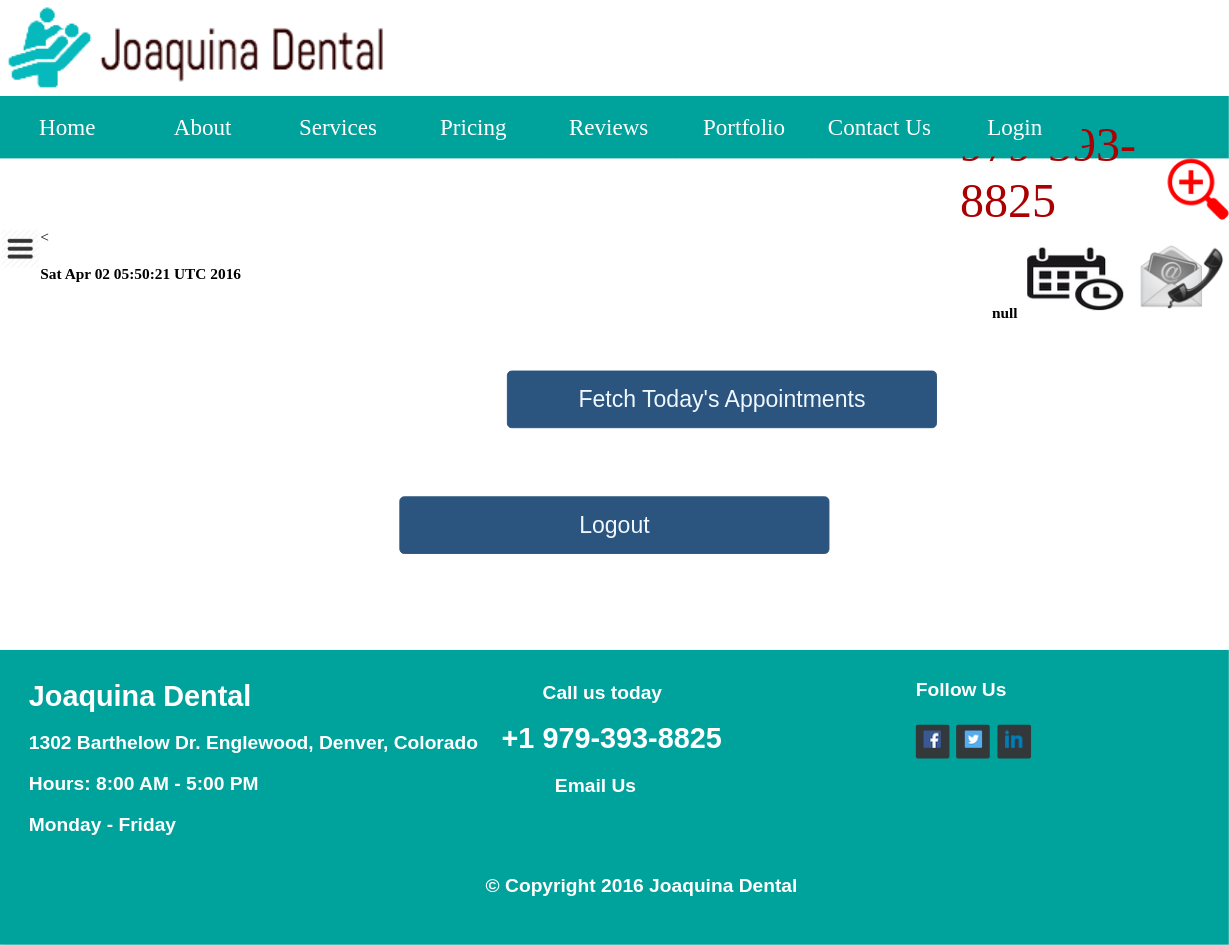
Repository: ManjushaBolishetty/test
Page: http://localhost/test/DentistHomePage.jsp
The author's editor kept a copy of each file at every save. The page is drawn from the files as they stood at one save, then again after the next save.
The browser window is 1280 px wide. The pictures show the whole page, at 96% of full size.
The page is served by Tomcat 9. Other server files are loaded and not shown.

Above is the page before, as saved 2016-04-03 07:06:51.

### test/WebContent/DentistHomePage.jsp
<%@include file="header.jsp" %>
<%@ page import="java.io.*,java.util.*" %>
<%@ page import="javax.servlet.*,java.text.*" %>

<!DOCTYPE html PUBLIC "-//W3C//DTD HTML 4.01 Transitional//EN" "http://www.w3.org/TR/html4/loose.dtd">
<html>
<head>
    <meta http-equiv="Content-Type" content="text/html; charset=ISO-8859-1">
	<meta name="viewport" content="width=device-width, initial-scale=1">
<link href="CSS/ResponsiveForm.css" rel="stylesheet" type="text/css" />
    <<title>My Appointments</title>
</head>
<body>
<%
   Date date = new Date();
   out.print( "<h4 align=\"left\">" +date.toString()+ "</h4>"+ "<h4 align=\"right\">" +session.getAttribute("Dentist_Name") + "</h4>");
%>
<div class="appointment" align=center>
  <form action="HelloWorldServlet" method="post">
      <input type="submit" value="Fetch Today's Appointments" />
  </form>
</div>

<div class="Logoutbutton" align=left>
  <form action="Login" method="post">
      <input type="submit" value="Logout" />
  </form>
</div>
  <footer class="footer-distributed">
			<div class="footer-left">

				<h3>Joaquina Dental</h3>
				<p>1302 Barthelow Dr.
				Englewood, Denver, Colorado</p>
				<p >Hours: 8:00 AM - 5:00 PM</p>
				<p >Monday - Friday</p>
			</div>

			<div class="footer-center">

				<p class="callusToday">Call us today  </p><br/>
				<br/>
				<h3>+1 979-393-8825</h3><br/>
				<p class="emailUs">Email Us</p>
			</div>

			<div class="footer-right">

				<p>Follow Us</p>

				<div class="footer-icons">

					<a href="#"><i class="fa fa-facebook"></i></a>
					<a href="#"><i class="fa fa-twitter"></i></a>
					<a href="#"><i class="fa fa-linkedin"></i></a>

				</div>

			</div>
<p class="copyright" >&copy; Copyright 2016 Joaquina Dental</p>
		</footer>
</body>
</html>

### test/WebContent/header.jsp
<%@ page language="java" contentType="text/html; charset=UTF-8"
    pageEncoding="UTF-8"%>
<!DOCTYPE html>
<html>
<head>
<meta http-equiv="Content-Type" content="text/html; charset=UTF-8">
<meta name="viewport" content="width=device-width, initial-scale=1">
<link href="CSS/testeverything.css" rel="stylesheet" type="text/css" />
<style>

#zoom img {
    width: 5%;
    position: absolute;
    right: 0;
}
</style>
<title>Insert title here</title>
</head>

<body>
<div id="header">
	<img class="logoimage" src="Images/Drawing (4).png" alt="Joaquina Dental"></img>
	<span class="phonenumber">979-393-8825</span>
	<a href="#" class="scheduleanchor"><img class="Contact" src="Images/Contact_Us.png"></img></a>
	<a href="#" class="scheduleanchor"><img class="Calendar" src="Images/calendar.png"></img></a>
</div>

<div id="navmenu">
	<img class="iconimage" src="Images/collpased_menu.png"></img><label for="show-menu" class="show-menu iconlabel">Menu</label>
	<input type="checkbox" id="show-menu" role="button">

	<ul id="menu">
		  <li><a href="#">Home</a></li>
		  <li><a href="#">About</a></li>
		  <li>
		    	<a href="#">Services</a>
			    <ul class="dropdownContent">
			      <li><a href="#">Extraction</a></li>
			      <li><a href="#">Transplant</a></li>
			      <li><a href="#">Root Canal</a></li>
			      <li><a href="#">Cleaning</a></li>
			    </ul>
	  	   </li>
	  	   <li><a href="#">Pricing</a></li>
	  	   <li><a href="#">Reviews</a></li>
	  	   <li><a href="#">Portfolio</a></li>
	  	   <li><a href="#">Contact Us</a></li>
	  	   <li><a href="#">Login</a></li>
	</ul>
</div>
<div id="zoom" style="width:100%;height:0px">
	<a href="#" class=""><img class="zoom" src="Images/zoom.png"></img></a>
</div>
</body>
</html>

### test/WebContent/CSS/testeverything.css
body{
  border: 0;
  padding: 0;
  margin: 0;
  height: 100%;

}

#header{
	width:100%;
	height:100px;
  background-color:white;
}

#header h3{
	display:inline;
	width:auto;
	height:auto;
}
#header img{
	width:auto;
	float:left;
	padding-left:0px;
	height:100%;
}


.Contact{

	max-width:100%;
	height:auto;
	margin-left:10px;
	margin-top:18px;
}


.Calendar{

	max-width:100%;
	height:auto;
	margin-left:10px;
	margin-top:20px;
}

#header a{
	float:right;
	/*margin-right: 40px;*/
}
.logoSchedule{
	width:auto;
	float:left;
}

.logoContact{
	width:auto;
	float:right;
}

#navmenu{
	width:100%;
	height:65px;
	background:#00A29C;
}

ul {
	list-style-type:none;
	margin:0;
	padding:0;
	position: absolute;
}

/*Create a horizontal list with spacing*/
li {
	display:inline-block;
	float: left;
	margin-right: 1px;
}

/*Style for menu links*/
li a {
	display:block;
	min-width:140px;
	padding-top:20px;
	padding-bottom:16px;
	font-size:24px;
	text-align: center;
	font-family: 'Roboto Slab', serif;
	color: white;
	background: #00A29C;
	text-decoration: none;
}

.phonenumber{
    font-size: 50px;
    margin-left: 1000px;
    display: inline-block;
    margin-top: 22px;
    color: #ab0002;
    float:left;
}

/*Hover state for top level links*/
li:hover a {
	background: black;
}

/*Style for dropdown links*/
li:hover ul a {
	background: #e6ffff;
	color: blue;
}

/*Hover state for dropdown links*/
li:hover ul a:hover {
	background: #19c589;
	color: #fff;
}

/*Hide dropdown links until they are needed*/
li ul {
	display: none;
}

/*Make dropdown links vertical*/
li ul li {
	display: block;
	float: none;
}



/*Display the dropdown on hover*/
ul li a:hover + .dropdownContent, .dropdownContent:hover {
	display: block;
}

/*Responsive Styles*/

	.show-menu {
	font-family: "Helvetica Neue", Helvetica, Arial, sans-serif;
	text-decoration: none;
	color: #fff;
	background: #00A29C;
	text-align: center;
	padding: 10px 0;
	display: none;
}

.iconlabel{
	width:100%;
	height:auto;
	padding:1%;
}

.iconimage{
	float:left;
	height:42px;
}


.callusToday{
	padding-left:10%;
}
.emailUs{
	padding-left:13%;
}

/*Hide checkbox*/
input[type=checkbox]{
    display: none;
}

/*Show menu when invisible checkbox is checked*/
input[type=checkbox]:checked ~ #menu{
    display: block;
}

@media screen and (max-width : 832px){
	/*Make dropdown links appear inline*/
	ul {
		position: static;
		display: none;
	}

	/*Create vertical spacing*/
	li {
		margin-bottom: 1px;
	}
	/*Make all menu links full width*/
	ul li, li a {
		width: 100%;
	}
	.show-menu {
		display:block;
	}
	.imageHolder{
		display:none;
	}
	.iconlabel
	{
	padding-top:12px;
	float:left;
	width:auto;
	}
}



#Content{
	width:100%;
	height:600px;
	background:white;
}

.imageHolder{
	width:100%;
	height:400px;
	background-image: url("/BigHornDental/Images/appointment.jpg");
    background-repeat: no-repeat;
    background-size: contain;
    border: 1px solid black;
}


.login{
  width: 40%;
  font-family: lato;
  position: relative;
  color: white;
  border:1px solid blue;
  border-radius: 10px;
  background-color:blue;
  text-align:center;
}




/*For Footer*/
footer{
padding-left:40px;
}

.footer-distributed{
	background-color: #00A29c;
	box-shadow: 0 1px 1px 0 rgba(0, 0, 0, 0.12);
	box-sizing: border-box;
	width: 100%;
	height:auto;
	text-align: left;
	font: bold 16px sans-serif;
	padding: 30px 30px;
	margin-top: 80px;
}

.footer-distributed .footer-left,
.footer-distributed .footer-center,
.footer-distributed .footer-right{
	display: inline-block;
	vertical-align: top;
}

/* Footer left */

.footer-distributed .footer-left{
	width: 40%;
}

 p{
	font-size:20px;
	color:white;
}

/* The company logo */

.footer-distributed h3{
	color:  white;
	margin: 0;
}


/* Footer links */

.footer-distributed .footer-links{
	color:  #ffffff;
	margin: 20px 0 12px;
	padding: 0;
}

.footer-distributed .footer-links a{
	display:inline-block;
	line-height: 1.8;
	text-decoration: none;
	color:  inherit;
}

.footer-distributed .footer-company-name{
	color:  #8f9296;
	font-size: 14px;
	font-weight: normal;
	margin: 0;
}

/* Footer Center */

.footer-center p{
	padding-top:3px;
}

.footer-right p{
	margin-top:0px;
}

.footer-distributed .footer-center{
	width: 35%;
}

.footer-distributed .footer-center i{
	background-color:  #33383b;
	color: #ffffff;
	font-size: 25px;
	width: 38px;
	height: 38px;
	border-radius: 50%;
	text-align: center;
	line-height: 42px;
	margin: 10px 15px;
	vertical-align: middle;
}

.footer-distributed .footer-center i.fa-envelope{
	font-size: 17px;
	line-height: 38px;
}

.footer-distributed .footer-center p{
	display: inline-block;
	color: #ffffff;
	vertical-align: middle;
	margin:0;
}

.footer-distributed .footer-center p span{
	display:block;
	font-weight: normal;
	font-size:14px;
	line-height:2;
}

.footer-distributed .footer-center p a{
	color:  white;
	text-decoration: none;;
}


/* Footer Right */

.footer-distributed .footer-right{
	width: 20%;
}

.footer-distributed .footer-company-about span{
	display: block;
	color:  black;
	font-size: 14px;
	font-weight: bold;
	margin-bottom: 20px;
}

.footer-distributed .footer-icons{
	margin-top: 25px;
}

.footer-distributed .footer-icons a{
	display: inline-block;
	width: 35px;
	height: 35px;
	cursor: pointer;
	background-color:  #33383b;
	border-radius: 2px;

	font-size: 20px;
	color: #ffffff;
	text-align: center;
	line-height: 35px;

	margin-right: 3px;
	margin-bottom: 5px;
}

.fa-twitter:before {
    content: url("../Images/twitter.png");
}
.fa-facebook:before {
    content: url("../Images/facebook.png");
}
.fa-linkedin:before {
    content: url("../Images/linkedin.png");
}

.fa-linkedin:before {
    content: url("../Images/linkedin.png");
}

.footer-left span{

}


.copyright{
	padding-left: 39%;
}

/* If you don't want the footer to be responsive, remove these media queries */

@media (max-width: 880px) {

	.footer-distributed{
		font: bold 14px sans-serif;
	}

	.footer-distributed .footer-left,
	.footer-distributed .footer-center,
	.footer-distributed .footer-right{
		display: block;
		width: 100%;
		margin-bottom: 40px;
		text-align: center;
	}

	.footer-distributed .footer-center i{
		margin-left: 0;
	}

}


/*Supports Iphone 5,6 and 6S-Plus*/

@media screen and (max-width : 440px){
	/*Make dropdown links appear inline*/
	#header img{
		width:80%;
	}

	.iconimage{
		height:100%;
		width:10%;
	}
	.iconlabel{
		font-size:30px;
	}
	.show-menu{
		font-size:30px;
	}

	#showOnMobile{
		display:block;
	}

	.Contact{
	width:80px;
	height:auto;
	margin-left:0px;
	margin-top:8px;
	}


.Calendar{

	width:80px;
	height:auto;
	margin-left:0px;
	margin-top:8px;
	}

.phonenumber{
	display:none;
	}

	.callusToday{
	padding-left:0%;
	}
	.emailUs{
		padding-left:0%;
	}

	.copyright{
		text-align:center;
		padding-left:0%;
		width:100%;
	}
}


@media screen and (max-width : 780px){
	.phonenumber{
		margin-left:70px;
	}
	.iconimage{
		height:65px;
	}
	.iconlabel{
		font-size:30px;
	}
	.callusToday{
		padding-left:0%;
		font-size:20px;
	}
	.emailUs{
		padding-left:0%;
	}
	.footer-left p{
		font-size:20px;
	}
	.footer-center p{
		font-size:20px;
	}
	.footer-right p{
		font-size:20px;
	}
	.copyright{
		text-align:center;
		padding-left:0%;
		width:100%;
	}

}

### test/WebContent/CSS/ResponsiveForm.css
* {
/* With these codes padding and border does not increase it's width and gives intuitive style.*/
box-sizing: border-box;
}

body {
	margin:0;
	padding:0;
	font-family: 'Roboto Slab', serif;
	width:100%;
}

#cover{
	width: 55%;
	margin: 30px 30% 10px 25%;
	padding:10px 0;
	border: 2px solid black;
	border-radius:10px;
}
form{
	width:70%;
	margin:4% 15%;
}
header {
    background-color: #00A29C;
    text-align: center;
    padding-top: 1px;
    padding-bottom: 8px;
    margin-top: -11px;
    margin-bottom: -8px;
    border-radius: 10px 10px 0 0;
    color: aliceblue;
    height: 100px;
    font-size: 24px;
}

h3{
	font-size: 30px;
	padding-top:1px;
}
#newuser{
	margin-right:10px;
}

label{
	font-size:24px;
}


/* Makes responsive fields. Sets size and field alignment.*/
input[type=text]{
	margin-bottom: 20px;
	margin-top: 10px;
	width:100%;
	padding: 15px;
	border-radius:5px;
	border:1px solid #7ac9b7;
	font-size:20px;
}
input[type=password]{
	margin-bottom: 20px;
	margin-top: 10px;
	width:100%;
	padding: 15px;
	border-radius:5px;
	border:1px solid #7ac9b7;
	font-size:20px;
}

input[type=radio]{
	margin-bottom: 20px;
	margin-top: 10px;
	padding: 15px;
	border-radius:5px;
	border:1px solid #7ac9b7;
	font-size:20px;
}

select{
	margin-bottom: 20px;
	margin-top: 10px;
	width:100%;
	height:25px;
	padding: 15px;
	border-radius:5px;
	border:1px solid #7ac9b7;
}

.datepicker{
	height:30px;
}

.result{
	color:blue;
}

input[type=submit]
{
	margin-bottom: 20px;
	width:50%;
	margin-left:25%;
	padding: 15px;
	border-radius:5px;
	border:1px solid #7ac9b7;
	background-color: #2b547e;
	border-color:#2b547e;
	color: aliceblue;
	font-size:24px;
	cursor:pointer;
}
#submit:hover
{
	background-color: blue;
}
textarea{
	width:100%;
	padding: 15px;
	margin-top: 10px;
	border:1px solid #7ac9b7;
	border-radius:5px;
	margin-bottom: 20px;
	resize:none;
}
input[type=text]:focus,textarea:focus {
	border-color: #4697e4;
}

@media screen and (max-width : 768px){
	h2{
		font-size:16px;
	}
	p{
		font-size:14px;
	}
	label{
		font-size:12px;
	}
	input[type=submit]{
		padding:5px;
	}
	input[type=text]{
		padding: 8px;
	}
	div#envelope{
		width: 80%;
		margin: 10px 30% 10px 11%;
	}
}

@media screen and (max-width : 415px){
	#cover{
	width: 95%;
	margin: 30px 30% 30px 2.5%;
	padding:10px 0;
	border: 2px solid black;
	border-radius:10px;
	}
	input[type=submit]{
		padding:4px;
		font-size:20px;
		white-space:normal;
	}
	input[type=text]{
		padding: 8px;
		font-size:20px;
	}

	input[type=password]{
		padding: 8px;
		font-size:20px;
	}
	label{
		font-size:22px;
	}
	h2{
		font-size:22px;
	}
	p{
		font-size:18px;
	}
	div#envelope{
		width: 80%;
		margin: 10px 30% 10px 11%;
	}

}

@media screen and (max-width : 768px){
	#cover{
	width: 90%;
	margin: 30px 30% 30px 5.5%;
	padding:10px 0;
	border: 2px solid black;
	border-radius:10px;
	}
	input[type=submit]{
		padding:4px;
		font-size:20px;
		white-space:normal;
	}
	input[type=text]{
		padding: 8px;
		font-size:20px;
	}

	input[type=password]{
		padding: 8px;
		font-size:20px;
	}
	label{
		font-size:22px;
	}
	h2{
		font-size:22px;
	}
	p{
		font-size:18px;
	}
	div#envelope{
		width: 80%;
		margin: 10px 30% 10px 11%;
	}

}

After the next save:
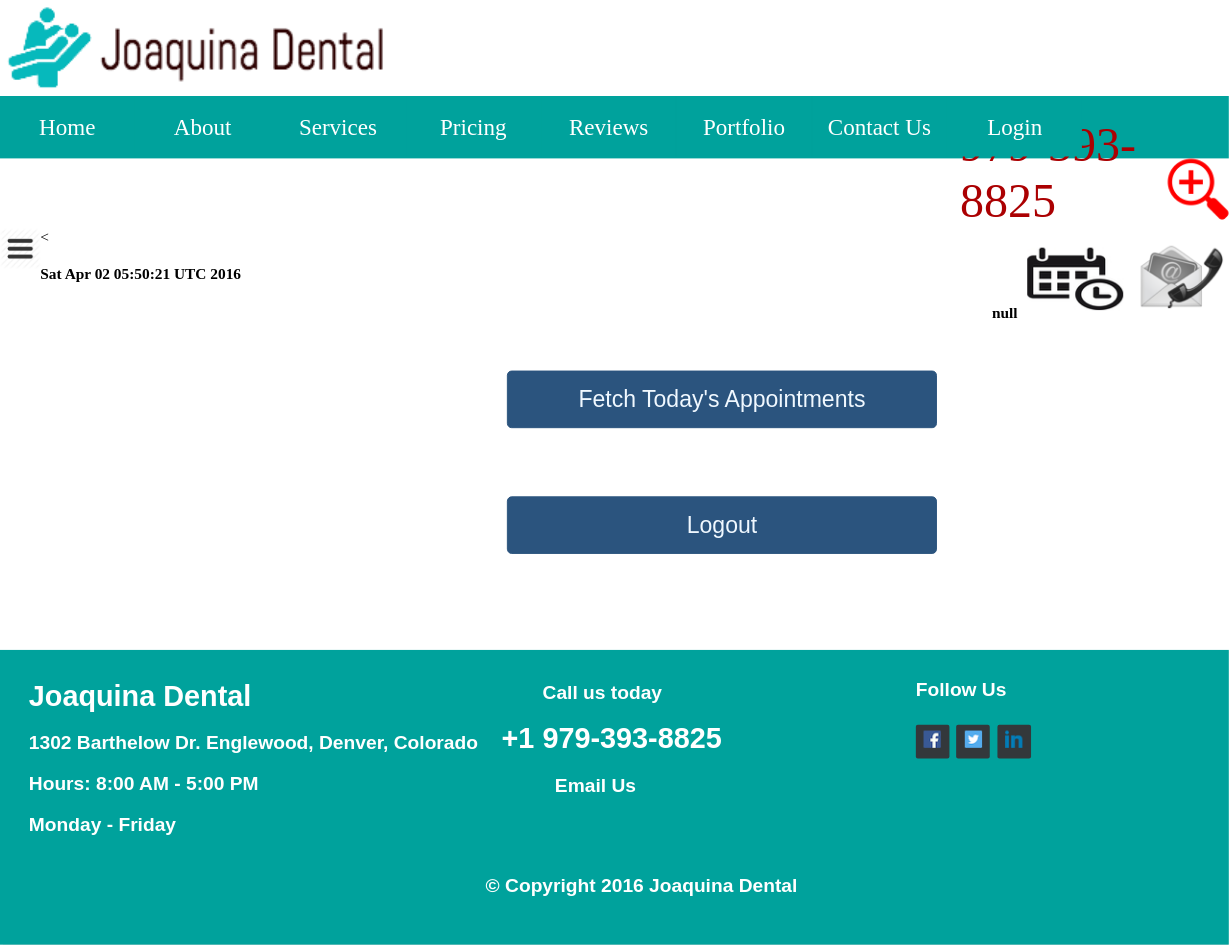
Saved 17 s later.
--- a/test/WebContent/DentistHomePage.jsp
+++ b/test/WebContent/DentistHomePage.jsp
@@ -21,7 +21,7 @@
   </form>
 </div>
 
-<div class="Logoutbutton" align=left>
+<div class="Logoutbutton" align=center>
   <form action="Login" method="post">
       <input type="submit" value="Logout" />
   </form>
